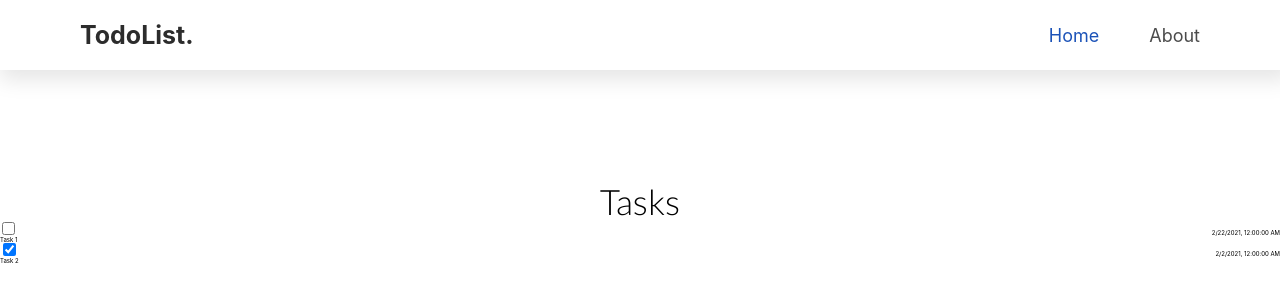
Repository: dqhuy153/react-todoList
Page: /
The author's editor kept a copy of each file at every save. The page is drawn from the files as they stood at one save, then again after the next save.
The browser window is 1280 px wide. The pictures show the whole page.
The project was rebuilt for these pictures with package versions that can differ from the ones it lists, and the page was loaded fresh each time. Also part of the build but not shown: src/components/UI/LoadingSpinner.module.scss.

Above is the page before, as saved 2021-09-16 20:42:38.

After the next save:
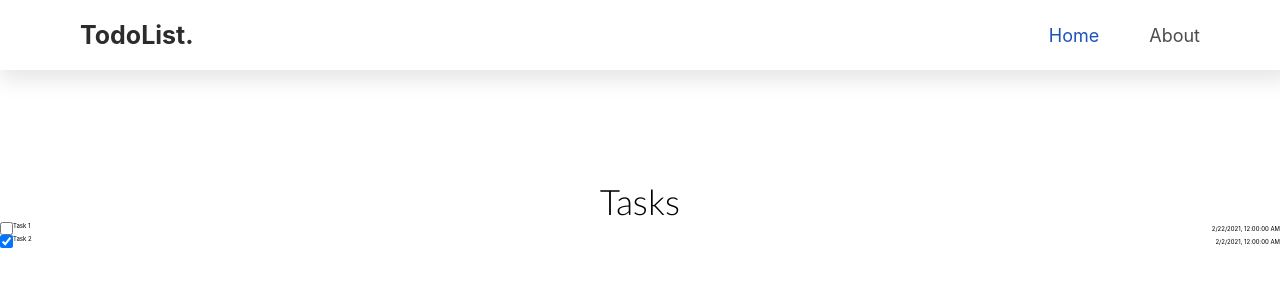
Saved 12 s later.
--- a/src/components/todos/TodoItem.module.scss
+++ b/src/components/todos/TodoItem.module.scss
@@ -3,3 +3,7 @@
   align-items: center;
   justify-content: space-between;
 }
+
+.task {
+  display: flex;
+}
